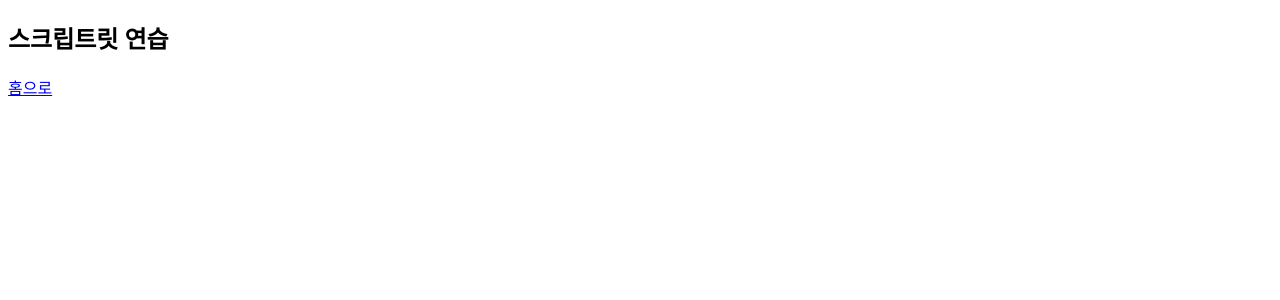
Repository: juhyung1/java_edu_web
Page: http://localhost/BackEnd_02_JSP/02_Scriptlet.jsp
The author's editor kept a copy of each file at every save. The page is drawn from the files as they stood at one save, then again after the next save.
The browser window is 1280 px wide. The pictures show the whole page.
The page is served by Tomcat 9.

Above is the page before, as saved 2026-10-07 00:11:38.

### BackEnd_02_JSP/src/main/webapp/02_Scriptlet.jsp
<%@ page language="java" contentType="text/html; charset=UTF-8"
	pageEncoding="UTF-8"%>
<%--
	===========================================================
	02_Scriptlet.jsp  -  스크립트릿(Scriptlet) 연습
	-----------------------------------------------------------
	[학습 포인트]
	- <% %> 안에는 "자바 문법" 을 그대로 작성한다. (세미콜론 필요)
	- 화면 출력은 out.print() 또는 표현식 <%= %> 을 사용한다.
	- out.println() 은 HTML 소스에서만 줄이 바뀐다.
	  화면에서 줄을 바꾸려면 <br> 태그를 함께 출력해야 한다.
	===========================================================
--%>
<!DOCTYPE html>
<html>
<head>
<meta charset="UTF-8">
<title>스크립트릿</title>
</head>
<body>
	<h2>스크립트릿 연습</h2>

	<a href="index.html">홈으로</a>
</body>
</html>

After the next save:
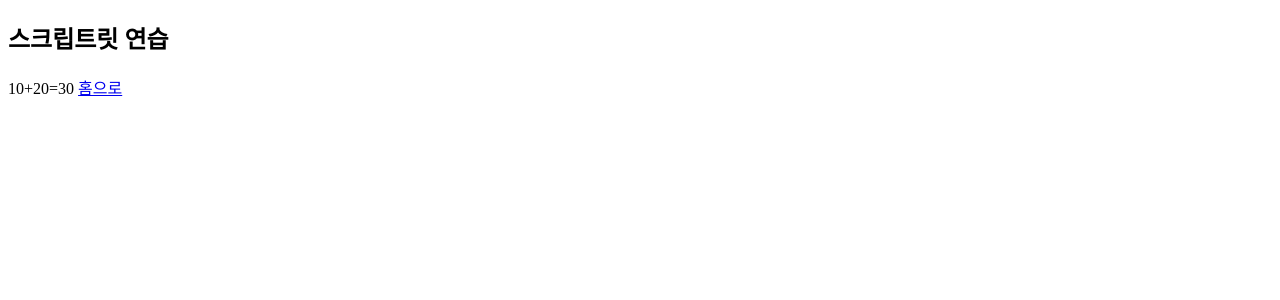
Saved 17 min 27 s later.
--- a/BackEnd_02_JSP/src/main/webapp/02_Scriptlet.jsp
+++ b/BackEnd_02_JSP/src/main/webapp/02_Scriptlet.jsp
@@ -19,6 +19,19 @@
 </head>
 <body>
 	<h2>스크립트릿 연습</h2>
+	<%
+		// 자바 코드를 작성할 수 있다!
+		int A = 10;
+		int B = 20;
+		int sum = A+B;
+
+		out.print(A + "+" + B + "=" + (A+B));
+
+
+
+
+
+		%>
 
 	<a href="index.html">홈으로</a>
 </body>
